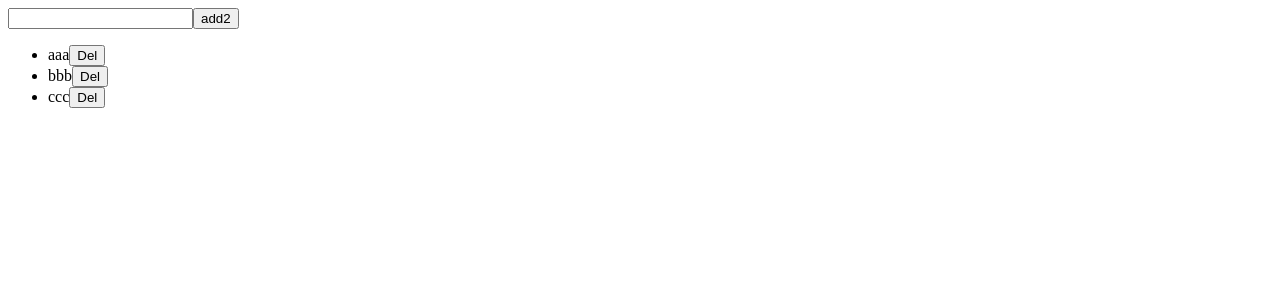
Repository: zenghao518518/React
Page: /
An editor plug-in stored every save of this project. The page is shown before and after the next save, followed by the edit.
The browser window is 1280 px wide. The pictures show the whole page.
The project was rebuilt for these pictures with package versions that can differ from the ones it lists, and the page was loaded fresh each time.

Above is the page before, as saved 2023-07-17 17:07:16.

After the next save:
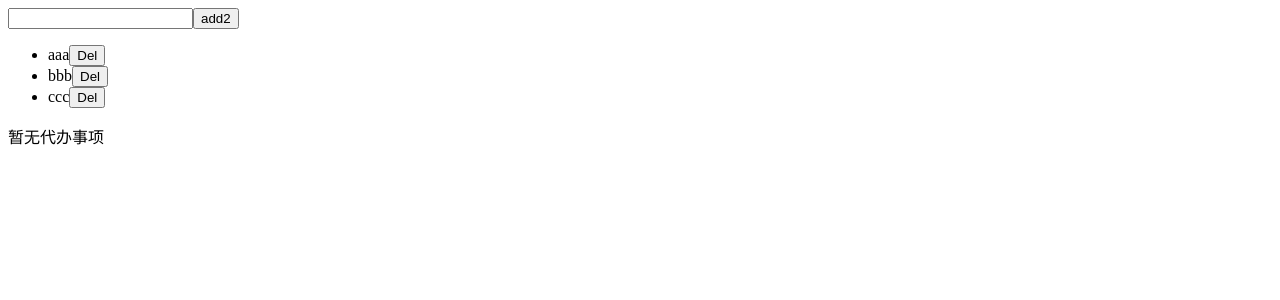
Saved 2 min 9 s later.
--- a/src/01-base/10-todolist.js
+++ b/src/01-base/10-todolist.js
@@ -33,6 +33,7 @@
                     )
              }
          </ul>
+         <div>暂无代办事项</div>
     </div>;
   }
   handleClick2=()=>{
